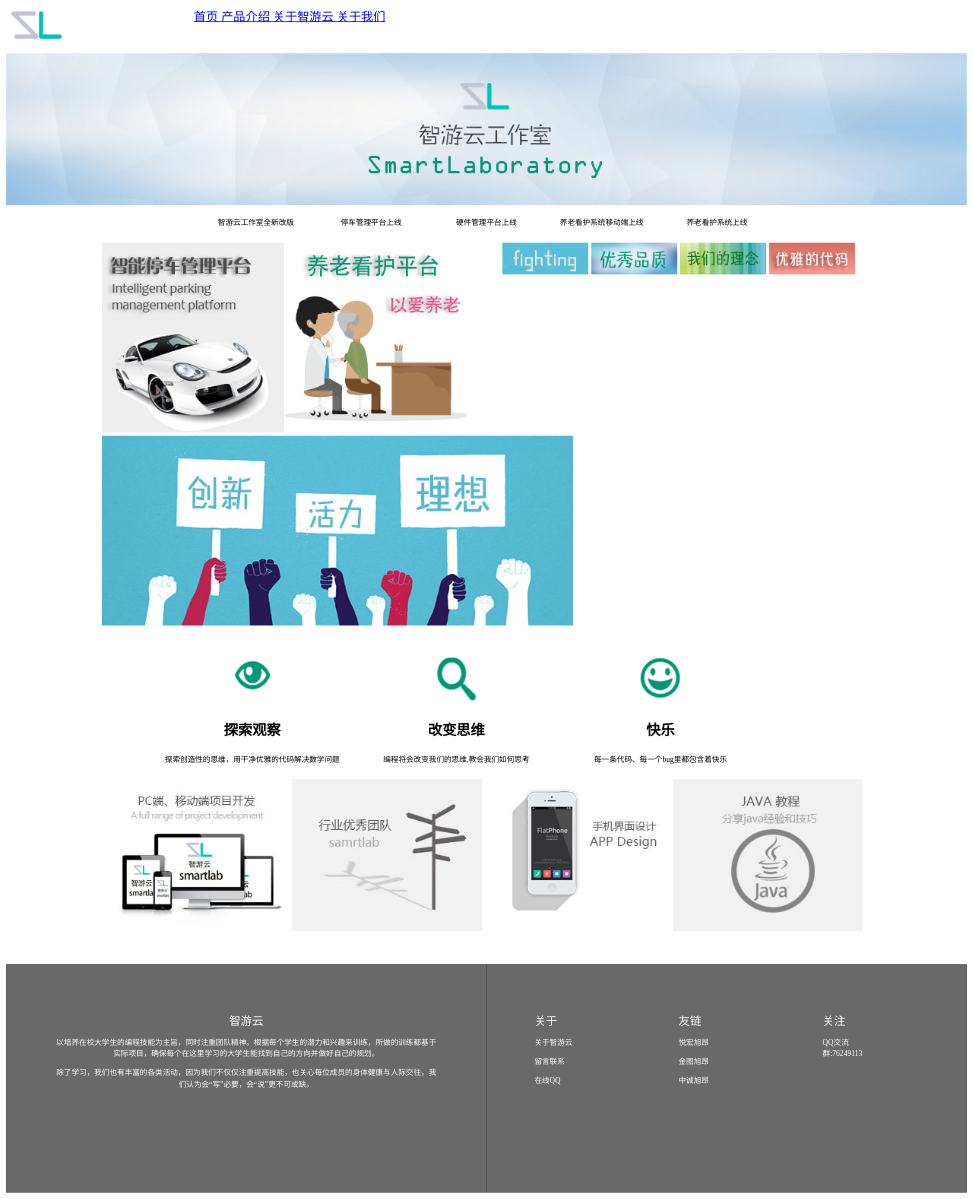
Repository: dakai1234/webTest
Page: 智游云1/index/index.html
These files come from the project's save history. The page is drawn as it stood at one moment and after the next save; the edit follows.
The browser window is 1280 px wide. The pictures show the whole page, at 76% of full size.

Above is the page before, as saved 2021-04-10 08:26:22.

After the next save:
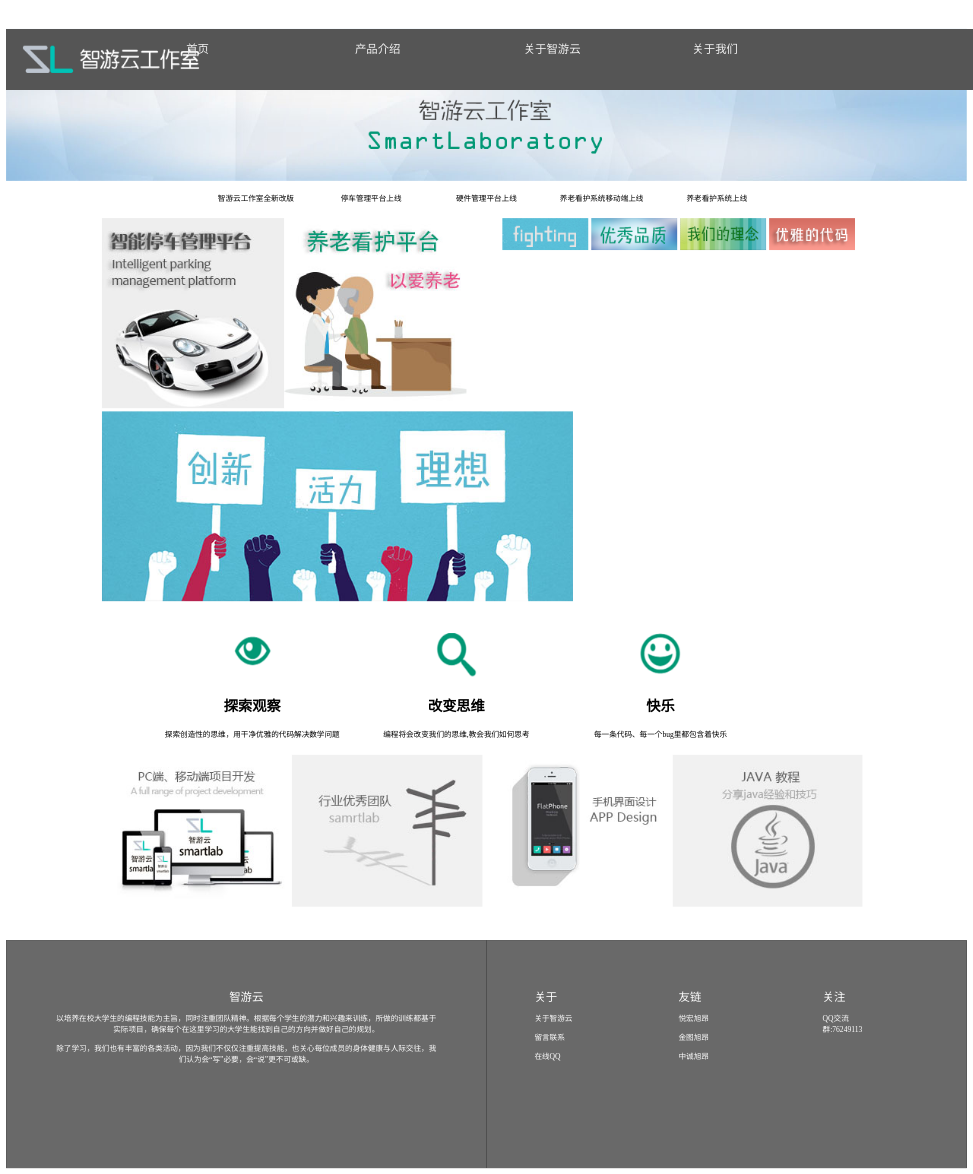
Saved 7 s later.
--- a/智游云1/index/index.html
+++ b/智游云1/index/index.html
@@ -13,7 +13,7 @@
 </head>
 
 <body>
-    <div class="header_content">
+    <div class="header">
         <a href="images/logo.png"><img class="logo_img" src="../about/images/logo.png"></a>
         <a href="index.html"> 首页 </a>
         <a href="../product/product.html"> 产品介绍 </a>
